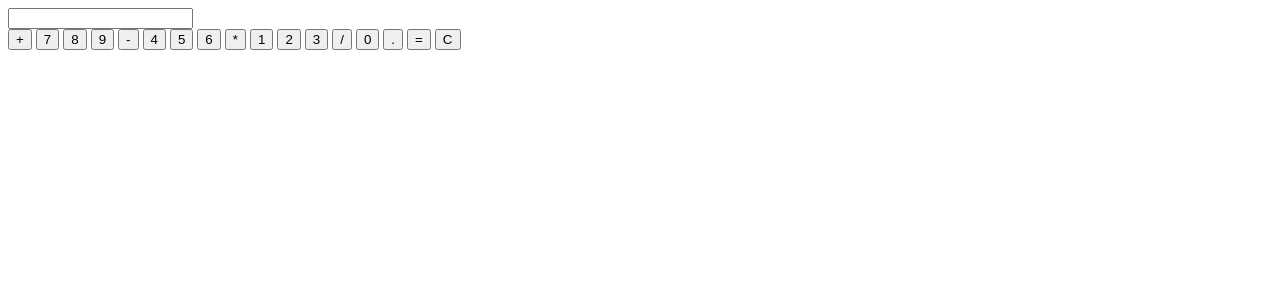
Repository: 23HarveyJi/25-Fall_chillguys
Page: calculator.html
An editor plug-in stored every save of this project. The page is shown before and after a run of saves, followed by the edit.
The browser window is 1280 px wide. The pictures show the whole page.

Above is the page before, as saved 2025-10-10 14:52:27.

After the next 5 saves:
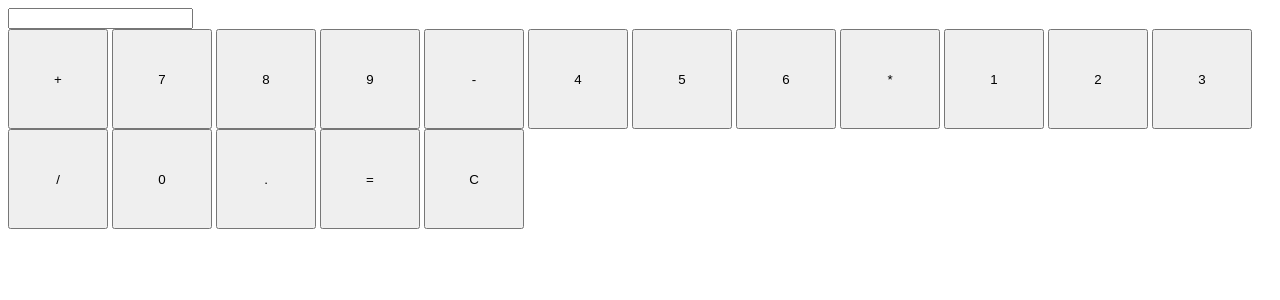
The 5 saves are shown as one change because they came seconds apart.
The last was saved 15 s later.
--- a/calculator.css
+++ b/calculator.css
@@ -1,3 +1,4 @@
 button{
-
+    width: 100px;
+    height: 100px
 }
